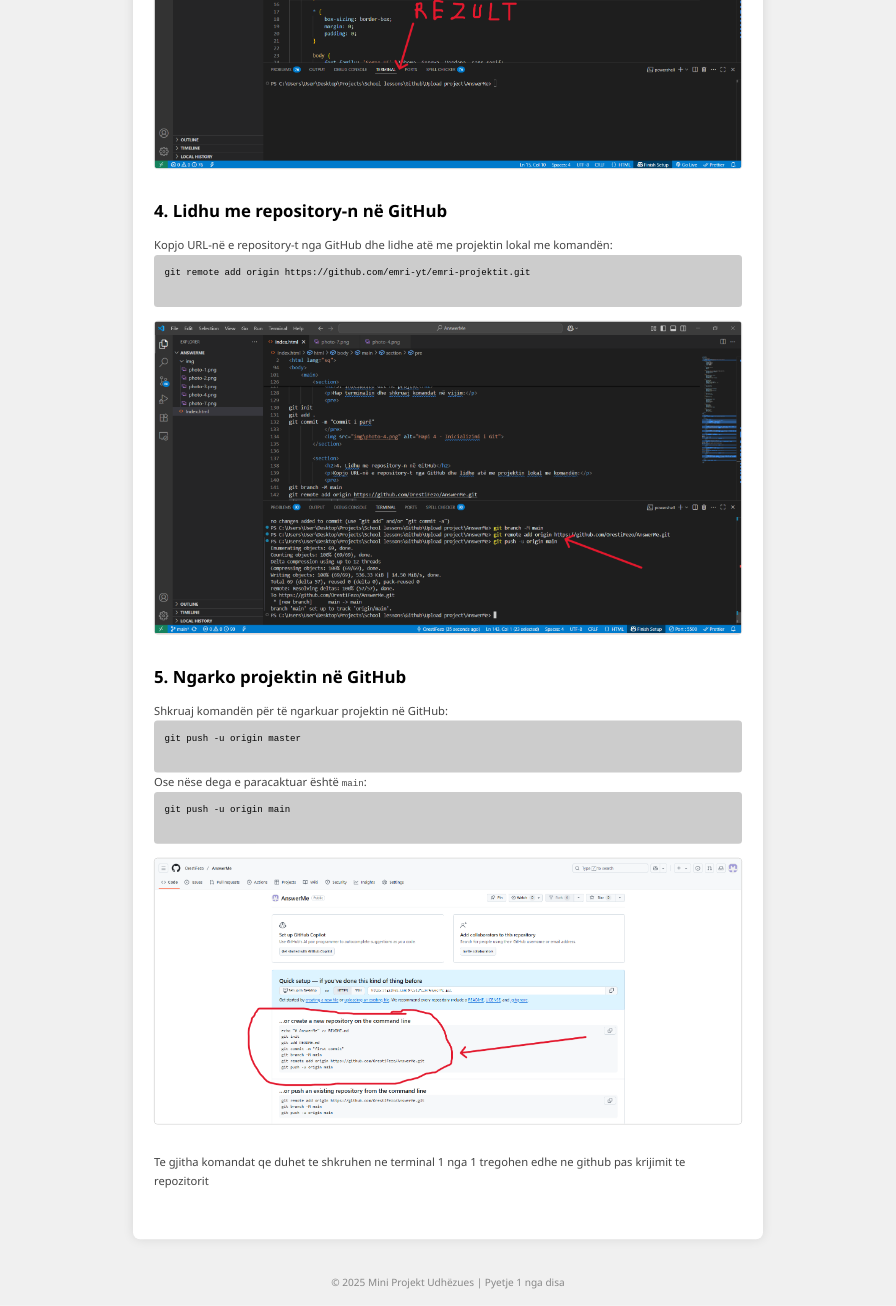
Repository: OrestiFezo/AnswerMe
Page: Index.html
The author's editor kept a copy of each file at every save. The page is drawn from the files as they stood at one save, then again after the next save.
The browser window is 1280 px wide. The pictures show the part of the page from y = 2989 to 4909 px (the page is 4854 px tall before and 4909 px after), at 70% of full size.

Above is the page before, as saved 2025-07-13 19:55:26.

After the next save:
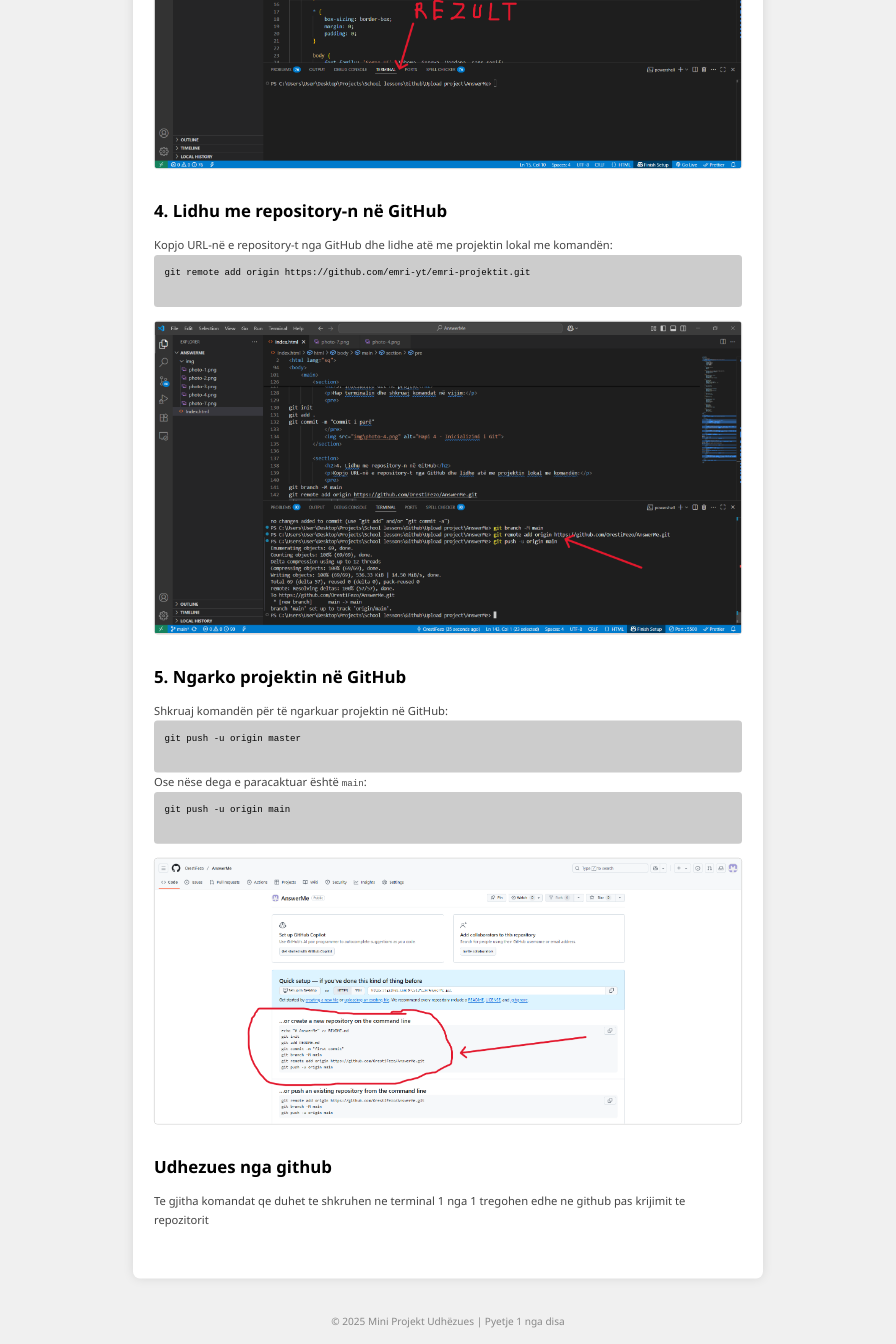
Saved 5 s later.
--- a/Index.html
+++ b/Index.html
@@ -157,7 +157,7 @@
         </section>
 
         <section>
-            <h2></h2>
+            <h2>Udhezues nga github</h2>
             <p>Te gjitha komandat qe duhet te shkruhen ne terminal 1 nga 1 tregohen edhe ne github pas krijimit te repozitorit</p>
 
         </section>
